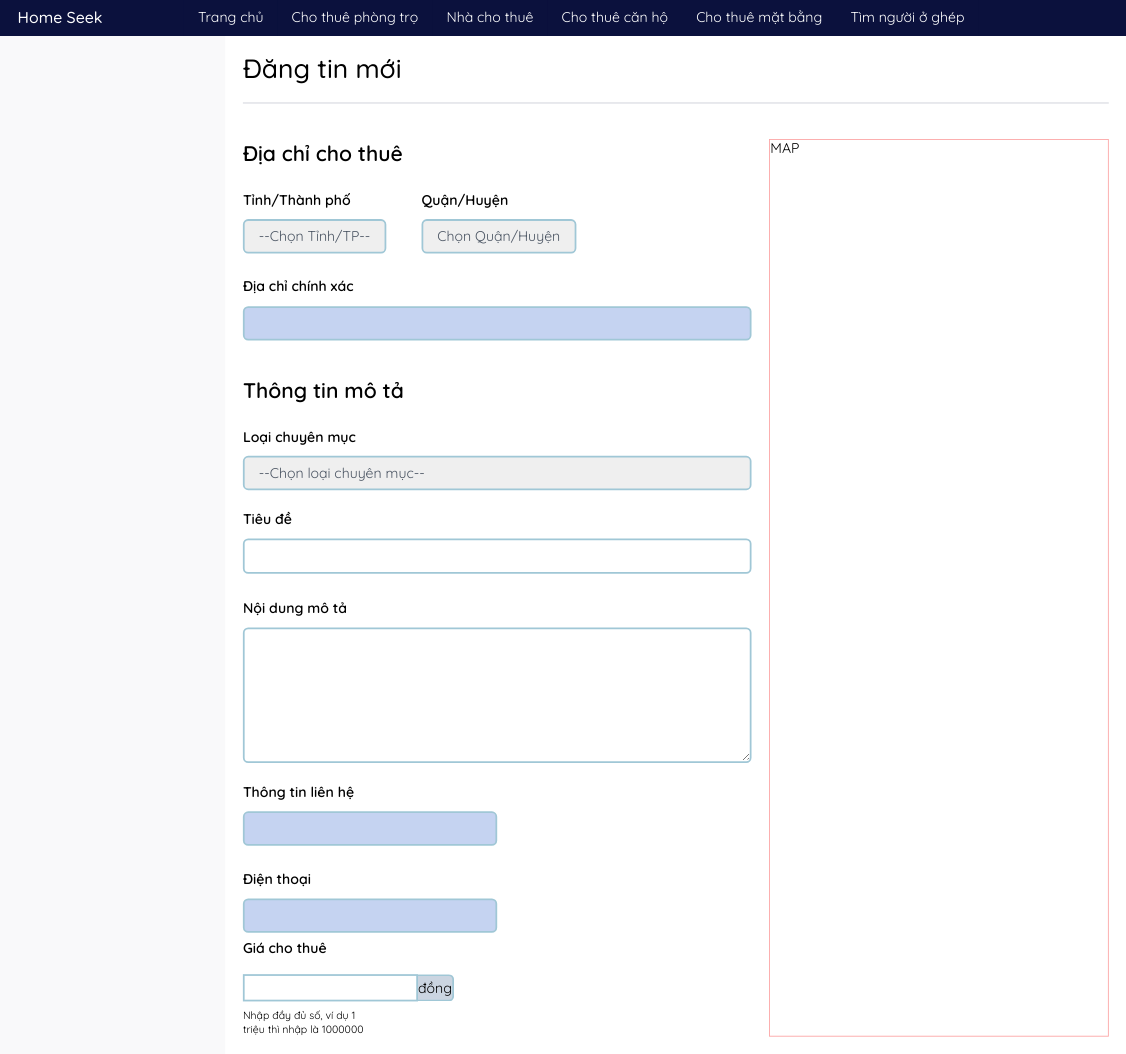
Repository: ajincome26/homeseek
Page: /create (app in client/)
These files come from the project's save history. The page is drawn as it stood at one moment and after the next save; the edit follows.
The browser window is 1280 px wide. The pictures show the whole page, at 88% of full size.
The page's requests for data from a server got no answer. The project was rebuilt for these pictures with package versions that can differ from the ones it lists, and the page was loaded fresh each time. Some packages were replaced by stand-ins written for this rebuild. No one was signed in, and anything a server would have sent is missing. Also part of the build but not shown: client/vite.config.ts, client/src/components/Footer/Footer.tsx, client/src/components/Button/Button.tsx, client/src/components/Button/index.ts, client/src/utils/utils.tsx, client/src/components/MainHeader/components/User.tsx, client/src/components/Popover/Popover.tsx, client/src/components/Popover/index.ts and 15 more.

Above is the page before, as saved 2024-01-11 04:38:02.

### client/index.html
<!doctype html>
<html lang="en">
  <head>
    <meta charset="UTF-8" />
    <link rel="icon" type="image/svg+xml" href="/vite.svg" />
    <meta name="viewport" content="width=device-width, initial-scale=1.0" />
    <title>Home Seek</title>
    <link rel="preconnect" href="https://fonts.googleapis.com" />
    <link rel="preconnect" href="https://fonts.gstatic.com" crossorigin />
    <link
      href="https://fonts.googleapis.com/css2?family=Quicksand:wght@300;400;500;600;700&display=swap"
      rel="stylesheet"
    />
  </head>
  <body>
    <div id="root"></div>
    <script type="module" src="/src/main.tsx"></script>
  </body>
</html>

### client/src/main.tsx
import ReactDOM from 'react-dom/client'
import App from './App'
import './styles/index.scss'
import { BrowserRouter } from 'react-router-dom'
import { QueryClient, QueryClientProvider } from '@tanstack/react-query'
import { ReactQueryDevtools } from '@tanstack/react-query-devtools'
import { AuthProvider } from './contexts/auth.context'
import { ErrorBoundary } from './components/ErrorBoundary'

// Create a client
const queryClient = new QueryClient({
  defaultOptions: {
    queries: {
      refetchOnWindowFocus: false // disable việc fetch lại api khi focus tab window
    }
  }
})

ReactDOM.createRoot(document.getElementById('root')!).render(
  <BrowserRouter>
    <QueryClientProvider client={queryClient}>
      <AuthProvider>
        <ErrorBoundary>
          <App />
        </ErrorBoundary>
      </AuthProvider>
      <ReactQueryDevtools initialIsOpen={false} />
    </QueryClientProvider>
  </BrowserRouter>
)

### client/src/App.tsx
import { useEffect } from 'react'
import { useAuth } from './contexts/auth.context'
import useRoute from './useRoute'
import { LocalStorageEventTarget } from './utils/auth'
import { ToastContainer } from 'react-toastify'
import 'react-toastify/dist/ReactToastify.css'

function App() {
  const routeElements = useRoute()
  const { resetAuth } = useAuth()
  useEffect(() => {
    LocalStorageEventTarget.addEventListener('clearLS', () => {
      resetAuth()
    })
    return () => {
      LocalStorageEventTarget.removeEventListener('clearLS', () => {
        resetAuth()
      })
    }
  }, [resetAuth])
  return (
    <div className='bg-third'>
      <ToastContainer />
      <div>{routeElements}</div>
    </div>
  )
}

export default App

### client/src/styles/index.scss
@tailwind base;
@tailwind components;
@tailwind utilities;

@import 'reset';

body {
  font-family: 'Quicksand', sans-serif;
  font-size: 16px;
  line-height: 1.2;
}

select {
  -webkit-appearance: none;
  -moz-appearance: none;
  appearance: none;
}

::-webkit-scrollbar {
  width: 10px;
}
::-webkit-scrollbar-track {
  background-color: #fafafa;
}
::-webkit-scrollbar-thumb {
  background-color: #ccd0d7;
  border-radius: 50px;
}

/* Chrome, Safari, Edge, Opera */
input::-webkit-outer-spin-button,
input::-webkit-inner-spin-button {
  -webkit-appearance: none;
  margin: 0;
}
/* Firefox */
input[type='number'] {
  appearance: textfield;
}

.cr-truncate-1 {
  overflow: hidden;
  display: -webkit-box;
  -webkit-box-orient: vertical;
  -webkit-line-clamp: 1;
  text-overflow: ellipsis;
  word-break: break-word;
}

// class tailwind-sort
.cr-transition {
  @apply transition-all ease-linear duration-200;
}
.cr-hover-text {
  @apply hover:text-[#977616] transition-colors ease-linear duration-200 cursor-pointer;
}
.cr-input-text {
  @apply px-3 py-2 border-[2px] border-[#a0c7d6] outline-none rounded-md focus:border-[#4b5fc2] cr-transition box-border w-full;
}

### client/src/contexts/auth.context.tsx
import React, { createContext, useContext, useState } from 'react'
import { User } from '~/types/user.type'
import { getAccessToken, getUserInfoFromStorage } from '~/utils/auth'

interface AuthProviderType {
  isLoggedIn: boolean
  setIsLoggedIn: React.Dispatch<React.SetStateAction<boolean>>
  userInfo: User | null
  setUserInfo: React.Dispatch<React.SetStateAction<User | null>>
  resetAuth: () => void
}
const initialContext: AuthProviderType = {
  isLoggedIn: Boolean(getAccessToken()),
  setIsLoggedIn: () => null,
  userInfo: getUserInfoFromStorage(),
  setUserInfo: () => null,
  resetAuth: () => null
}

const AuthContext = createContext<AuthProviderType>(initialContext)
const useAuth = () => {
  const context = useContext(AuthContext)
  if (typeof context === 'undefined') throw new Error('useAuth must be used within a AuthContext')
  return context
}
const AuthProvider = ({ children }: { children: React.ReactNode }) => {
  const [isLoggedIn, setIsLoggedIn] = useState(initialContext.isLoggedIn)
  const [userInfo, setUserInfo] = useState(initialContext.userInfo)
  const resetAuth = () => {
    setIsLoggedIn(false)
    setUserInfo(null)
  }
  return (
    <AuthContext.Provider value={{ isLoggedIn, setIsLoggedIn, userInfo, setUserInfo, resetAuth }}>
      {children}
    </AuthContext.Provider>
  )
}

// eslint-disable-next-line react-refresh/only-export-components
export { useAuth, AuthProvider }

### client/src/components/ErrorBoundary/index.ts
export { default as ErrorBoundary } from './ErrorBoundary'

### client/src/useRoute.tsx
import { useRoutes } from 'react-router-dom'
import { path } from './constants/path'
import { MainLayout } from './layouts/MainLayout'
import ManageLayout from './layouts/ManageLayout/ManageLayout'
import { CreatePost } from './pages/CreatePostPage'
import { HomePage } from './pages/HomePage'
import { LoginPage } from './pages/LoginPage'
import { RegisterPage } from './pages/RegisterPage'

const { HOME, LOGIN, REGISTER, OAUTH, CREATE } = path

const useRoute = () => {
  return useRoutes([
    {
      path: LOGIN,
      element: <LoginPage />
    },
    {
      path: REGISTER,
      element: <RegisterPage />
    },
    {
      path: OAUTH,
      element: <LoginPage />
    },
    {
      path: OAUTH,
      element: <RegisterPage />
    },
    // Authen không ảnh hưởng
    {
      element: <ManageLayout />,
      children: [
        {
          index: true,
          path: CREATE,
          element: <CreatePost />
        }
      ]
    },
    {
      element: <MainLayout />,
      children: [
        {
          index: true,
          path: HOME,
          element: <HomePage />
        }
      ]
    }
  ])
}

export default useRoute

### client/src/utils/auth.ts
import { User } from '~/types/user.type'

export const LocalStorageEventTarget = new EventTarget()

export const getAccessToken = () => localStorage.getItem('accessToken') || ''
export const getRefreshToken = () => localStorage.getItem('refreshToken') || ''
export const setAccessToken = (accessToken: string) => localStorage.setItem('accessToken', accessToken)
export const setRefreshToken = (refreshToken: string) => localStorage.setItem('refreshToken', refreshToken)
export const getUserInfoFromStorage = () => {
  const info = localStorage.getItem('userInfo')
  return info ? JSON.parse(info) : null
}
export const setUserInfoToStorage = (userInfo: User) => localStorage.setItem('userInfo', JSON.stringify(userInfo))

export const clearLocalStorage = () => {
  localStorage.removeItem('accessToken')
  localStorage.removeItem('refreshToken')
  localStorage.removeItem('userInfo')
  const clearLSEvent = new Event('clearLS')
  LocalStorageEventTarget.dispatchEvent(clearLSEvent)
}

### client/src/styles/_reset.scss
*,
*::before,
*::after {
  box-sizing: border-box;
}
* {
  margin: 0;
  padding: 0;
}

html,
body {
  height: 100%;
}
body {
  line-height: 1.5;
  -webkit-font-smoothing: antialiased;
  -webkit-tap-highlight-color: rgba(0, 0, 0, 0);
}
a {
  text-decoration: none;
  color: inherit;
}
img,
picture,
video,
canvas,
svg {
  display: block;
  // max-width: 100%;
}
input,
button,
textarea,
select {
  font: inherit;
  outline: none;
}
option:checked {
  background-color: #0891b2;
  color: white;
  font-style: italic;
}
p,
h1,
h2,
h3,
h4,
h5,
h6 {
  overflow-wrap: break-word;
}

### client/src/constants/path.ts
export const path = {
  HOME: '/',
  LOGIN: '/login',
  OAUTH: '/login/oauth',
  REGISTER: '/register',
  LOGOUT: '/logout',

  ROOM_FOR_RENT: '/room-for-rent',
  HOUSE_FOR_RENT: '/house-for-rent',
  APARTMENT_FOR_RENT: '/apartment-for-rent',
  GROUND_FOR_RENT: '/ground-for-rent',
  FIND_A_ROOMATE: '/find-a-roomate',

  CREATE: '/create',
  MANAGE: '/manage',
  PROFILE: '/user/profile',
  CHANGE_PASSWORD: '/user/change-password',

  CONTACT: '/contact',

  NOT_FOUND: '*'
}

### client/src/layouts/MainLayout/index.ts
export { default as MainLayout } from './MainLayout'

### client/src/layouts/ManageLayout/ManageLayout.tsx
import { Outlet } from 'react-router-dom'
import { Sidebar } from '~/components/Sidebar'
import { SubHeader } from '~/components/SubHeader'

const ManageLayout = () => {
  return (
    <>
      <SubHeader />
      <div className='pt-[40px] flex'>
        <div className='min-h-[calc(100vh-40px)] basis-1/5'>
          <Sidebar />
        </div>
        <div className='bg-white basis-4/5'>
          <Outlet />
        </div>
      </div>
    </>
  )
}

export default ManageLayout

### client/src/pages/CreatePostPage/index.ts
export { default as CreatePost } from './CreatePost'

### client/src/pages/HomePage/index.ts
export { default as HomePage } from './HomePage'

### client/src/pages/LoginPage/index.ts
export { default as LoginPage } from './LoginPage'

### client/src/pages/RegisterPage/index.ts
export { default as RegisterPage } from './RegisterPage'

### client/src/components/Sidebar/index.ts
export { default as Sidebar } from './Sidebar'

### client/src/components/SubHeader/index.ts
export { default as SubHeader } from './SubHeader'

### client/src/pages/CreatePostPage/CreatePost.tsx
import { yupResolver } from '@hookform/resolvers/yup'
import { useForm } from 'react-hook-form'
import { postSchema, PostSchema } from '~/utils/schema'
import Address from './components/Address'
import Overview from './components/Overview'

export type FormPost = PostSchema

const CreatePost = () => {
  const { handleSubmit } = useForm<FormPost>({
    resolver: yupResolver(postSchema)
  })
  const handleCreatePost = (data: FormPost) => {}
  return (
    <div className='p-5 text-black'>
      <h2 className='w-full pb-5 text-3xl font-medium border-b-2'>Đăng tin mới</h2>
      <div className='flex gap-5 mt-10'>
        <form onSubmit={handleSubmit(handleCreatePost)} className='flex flex-col gap-10 basis-[60%]'>
          <Address />
          <Overview />
        </form>
        <div className='border border-red-300 map basis-[40%]'>MAP</div>
      </div>
    </div>
  )
}

export default CreatePost

### client/src/components/SubHeader/SubHeader.tsx
import { Link } from 'react-router-dom'
import { SubNavigation } from '../SubNavigation'

const SubHeader = () => {
  return (
    <div className='fixed w-full h-[40px] bg-primary text-white flex items-center gap-12 px-5'>
      <Link to={'/'} className='text-lg font-medium cursor-pointer hover:text-sixth cr-transition'>
        Home Seek
      </Link>
      <div className='w-[80%]'>
        <SubNavigation />
      </div>
    </div>
  )
}

export default SubHeader

### client/src/components/Field/index.ts
export { default as Field } from './Field'

### client/src/components/Input/index.ts
export { default as Input } from './Input'
export { default as InputPassword } from './InputPassword'
export { default as InputSearch } from './InputSearch'
export { default as InputNumber } from './InputNumber'
export { default as InputFile } from './InputFile'
export { default as InputReadOnly } from './InputReadOnly'

### client/src/components/Label/index.ts
export { default as Label } from './Label'

### client/src/utils/icons.ts
import { BiSolidShoppingBags, BiLogoFacebookCircle, BiPlus } from 'react-icons/bi'
import {
  AiFillInstagram,
  AiFillTwitterCircle,
  AiOutlineEye,
  AiOutlineEyeInvisible,
  AiOutlineShoppingCart,
  AiFillStar,
  AiOutlineStar,
  AiFillCaretRight,
  AiOutlineQuestionCircle,
  AiFillHeart,
  AiOutlineHeart,
  AiOutlinePlusCircle
} from 'react-icons/ai'
import { TbWorld, TbUserCircle, TbBrandMessenger } from 'react-icons/tb'
import { PiCaretDownBold, PiCaretUpBold, PiCaretLeftBold, PiCaretRightBold } from 'react-icons/pi'
import { HiOutlineSearch, HiOutlineLogout } from 'react-icons/hi'
import { BsListUl, BsThreeDots, BsShieldLock, BsPencilSquare } from 'react-icons/bs'
import { LiaFilterSolid } from 'react-icons/lia'
import { RiSubtractLine, RiTodoLine } from 'react-icons/ri'
import { FaCartPlus } from 'react-icons/fa'
import { CiEdit } from 'react-icons/ci'
import { FaRegUser, FaUserEdit } from 'react-icons/fa'
import { SiSensu } from 'react-icons/si'
import { FcGoogle } from 'react-icons/fc'
import { MdOutlineDashboard, MdOutlineLibraryBooks } from 'react-icons/md'

export default {
  AiFillInstagram,
  AiFillTwitterCircle,
  AiOutlineEye,
  AiOutlineEyeInvisible,
  AiOutlineShoppingCart,
  AiFillStar,
  AiOutlineStar,
  AiFillCaretRight,
  AiOutlineQuestionCircle,
  AiFillHeart,
  AiOutlineHeart,
  AiOutlinePlusCircle,
  BiSolidShoppingBags,
  BiLogoFacebookCircle,
  PiCaretDownBold,
  PiCaretUpBold,
  PiCaretLeftBold,
  PiCaretRightBold,
  TbWorld,
  TbUserCircle,
  TbBrandMessenger,
  HiOutlineSearch,
  HiOutlineLogout,
  BsListUl,
  BsThreeDots,
  BsShieldLock,
  BsPencilSquare,
  LiaFilterSolid,
  BiPlus,
  RiSubtractLine,
  RiTodoLine,
  FaCartPlus,
  FaUserEdit,
  CiEdit,
  FaRegUser,
  SiSensu,
  FcGoogle,
  MdOutlineDashboard,
  MdOutlineLibraryBooks
}

### client/src/constants/data.tsx
import { path } from './path'
import icons from '~/utils/icons'
import { CategoryType } from '~/types/category.type'

const { BsPencilSquare, MdOutlineLibraryBooks, TbUserCircle, FaUserEdit, TbBrandMessenger } = icons

const {
  ROOM_FOR_RENT,
  HOUSE_FOR_RENT,
  APARTMENT_FOR_RENT,
  GROUND_FOR_RENT,
  FIND_A_ROOMATE,
  CREATE,
  MANAGE,
  PROFILE,
  CONTACT
} = path

export const categories = [
  { id: 1, name: 'Cho thuê phòng trọ', path: ROOM_FOR_RENT },
  { id: 2, name: 'Nhà cho thuê', path: HOUSE_FOR_RENT },
  { id: 3, name: 'Cho thuê căn hộ', path: APARTMENT_FOR_RENT },
  { id: 4, name: 'Cho thuê mặt bằng', path: GROUND_FOR_RENT },
  { id: 5, name: 'Tìm người ở ghép', path: FIND_A_ROOMATE }
] as CategoryType[]

export const dataManage = [
  {
    id: 1,
    text: 'Đăng tin cho thuê',
    path: CREATE,
    icon: <BsPencilSquare />
  },
  {
    id: 2,
    text: 'Quản lý tin đăng',
    path: MANAGE,
    icon: <MdOutlineLibraryBooks />
  },
  {
    id: 3,
    text: 'Thông tin tài khoản',
    path: PROFILE,
    icon: <TbUserCircle />
  }
]

export const dataSidebar = [
  {
    id: 1,
    text: 'Đăng tin cho thuê',
    path: CREATE,
    icon: <BsPencilSquare />
  },
  {
    id: 2,
    text: 'Quản lý tin đăng',
    path: MANAGE,
    icon: <MdOutlineLibraryBooks />
  },
  {
    id: 3,
    text: 'Sửa thông tin cá nhân',
    path: PROFILE,
    icon: <FaUserEdit />
  },
  {
    id: 4,
    text: 'Liên hệ',
    path: CONTACT,
    icon: <TbBrandMessenger />
  }
]

### client/src/components/SubNavigation/index.ts
export { default as SubNavigation } from './SubNavigation'

### client/src/apis/province.api.ts
import { Province } from '~/types/province.type'
import { apiGetPublicProvinces } from '~/utils/utils'

const provinceApi = {
  getProvinces: () => apiGetPublicProvinces.get<Province[]>('/')
}

export default provinceApi

### client/src/components/Select/index.ts
export { default as Select } from './Select'

### client/src/components/Field/Field.tsx
interface Props {
  children: JSX.Element | JSX.Element[]
}

const Field = ({ children }: Props) => {
  return <div className='flex flex-col items-start'>{children}</div>
}

export default Field

### client/src/components/Input/Input.tsx
import { InputHTMLAttributes } from 'react'
import type { FieldValues, FieldPath, UseFormRegister } from 'react-hook-form'

export interface InputProps<TFieldValues extends FieldValues> extends InputHTMLAttributes<HTMLInputElement> {
  name: FieldPath<TFieldValues>
  errorMessage?: string
  register: UseFormRegister<TFieldValues>
  isHover?: boolean
}

const Input = <TFieldValues extends FieldValues = FieldValues>({
  className,
  type,
  name,
  children,
  errorMessage,
  register,
  isHover,
  ...props
}: InputProps<TFieldValues>) => {
  return (
    <div className='relative w-full'>
      <input
        id={name}
        type={type || 'text'}
        {...register(name)}
        {...props}
        className={`mb-[6px] border rounded-lg py-3 bg-grayField transition w-full focus:bg-white ${
          children ? 'pl-4 pr-10' : 'px-4'
        } ${isHover ? 'hover:border-primary focus:border-primary' : ''} ${className}`}
        autoComplete='on'
      />
      <span className='absolute top-1/2 right-3 translate-y-[-110%] cursor-pointer text-grayDark'>{children}</span>
      {errorMessage && <div className='text-sm text-red-500 min-h-[1rem] leading-4'>{errorMessage}</div>}
    </div>
  )
}

export default Input

### client/src/components/Input/InputNumber.tsx
import { forwardRef, InputHTMLAttributes, useState } from 'react'

export interface InputNumberProps extends InputHTMLAttributes<HTMLInputElement> {
  unit?: string
}

const InputNumber = forwardRef<HTMLInputElement, InputNumberProps>(function InputNumberInner(
  { className, onChange, value = '', unit, ...rest },
  ref
) {
  const [localValue, setLocalValue] = useState<string>(value as string)
  const handleChange = (e: React.ChangeEvent<HTMLInputElement>) => {
    const { value } = e.target
    if (/^\d+$/.test(value) || value === '') {
      // thực thi onChange callback từ bên ngoài truyền vào props
      onChange && onChange(e)
      // cập nhật localValue state
      setLocalValue(value)
    }
  }

  return (
    <div className='w-1/2'>
      <div className='flex mt-2'>
        <input
          value={value || localValue}
          className={`px-3 py-1 border-[2px] border-[#a0c7d6] outline-none focus:border-[#4b5fc2] cr-transition box-border flex-1 ${className}`}
          autoComplete='on'
          onChange={handleChange}
          ref={ref}
          {...rest}
        />
        {unit && (
          <span className='min-h-full w-[50px] bg-slate-300 flex items-center justify-center rounded-tr-md rounded-br-md border-[2px] border-l-0 border-[#a0c7d6]'>
            {unit}
          </span>
        )}
      </div>
      {unit === 'đồng' && <p className='mt-2 text-xs'>Nhập đầy đủ số, ví dụ 1 triệu thì nhập là 1000000</p>}
    </div>
  )
})

export default InputNumber

### client/src/components/Input/InputReadOnly.tsx
import { InputHTMLAttributes } from 'react'

export interface InputProps extends InputHTMLAttributes<HTMLInputElement> {
  id: string
  data: string
}

const InputReadOnly = ({ id, data, className }: InputProps) => {
  return (
    <div className='w-full'>
      <input type='text' id={id} value={data || ''} className={`cr-input-text bg-[#c5d3f1] ${className}`} readOnly />
    </div>
  )
}

export default InputReadOnly

### client/src/components/Label/Label.tsx
interface Props {
  htmlFor: string
  children: string
  textColor?: string
}

const Label = ({ htmlFor, children, textColor }: Props) => {
  return (
    <label className={`${textColor || 'text-white'} mt-2 mb-3 font-semibold cursor-pointer`} htmlFor={htmlFor}>
      {children}
    </label>
  )
}

export default Label

### client/src/components/SubNavigation/SubNavigation.tsx
import { NavLink } from 'react-router-dom'
import { categories } from '~/constants/data'

const notActive = 'hover:bg-secondary px-4 h-full flex items-center bg-primary transition-all ease-linear duration-300'
const active = 'hover:bg-secondary px-4 h-full flex items-center bg-secondary'
const SubNavigation = () => {
  return (
    <div className='w-full h-[40px] flex justify-center items-center'>
      <div className='flex items-center h-full'>
        <NavLink to={'/'} className={({ isActive }) => (isActive ? active : notActive)}>
          Trang chủ
        </NavLink>
        {categories?.length > 0 &&
          categories.map((item, index) => {
            return (
              <div key={index} className='h-full'>
                <NavLink to={item.path} className={({ isActive }) => (isActive ? active : notActive)}>
                  {item.name}
                </NavLink>
              </div>
            )
          })}
      </div>
    </div>
  )
}

export default SubNavigation

### client/src/components/Select/Select.tsx
import classNames from 'classnames'
import { InputHTMLAttributes } from 'react'
import { CategoryType } from '~/types/category.type'
import { District, Province } from '~/types/province.type'

export interface SelectProps extends InputHTMLAttributes<HTMLInputElement> {
  type: string
  provinces?: Province[]
  districts?: District[]
  categories?: []
  value: string
  setValue: React.Dispatch<React.SetStateAction<string>>
  optionTitle: string
}

const Select = ({ type, provinces, districts, categories, value, setValue, optionTitle }: SelectProps) => {
  return (
    <div className={`flex flex-col gap-2 ${type === 'category' ? 'w-full' : 'basis-[30%]'}`}>
      <select
        className={classNames(
          'px-4 py-2 text-gray-600 border-[2px] border-[#a0c7d6] rounded-md outline-none cursor-pointer hover:border-[#4b5fc2] cr-transition'
        )}
        value={value}
        onChange={(e) => setValue(e.target.value)} // value của select là value của option (ở đây là province_id)
      >
        <option value=''>{optionTitle}</option>
        {type === 'province'
          ? provinces?.map((item) => (
              <option key={item.province_id} value={item.province_id} className='bg-white text-primary'>
                {item.province_name}
              </option>
            ))
          : type === 'district'
            ? districts?.map((item) => (
                <option key={item.district_id} value={item.district_id} className='bg-white text-primary'>
                  {item.district_name}
                </option>
              ))
            : categories?.map((item: CategoryType) => (
                <option key={item.id} value={item.name} className='bg-white text-primary'>
                  {item.name}
                </option>
              ))}
      </select>
    </div>
  )
}

export default Select

Loaded but not shown: client/tailwind.config.js (37 lines, source omitted); client/src/utils/schema.ts (64 lines, source omitted); client/src/pages/CreatePostPage/components/Address.tsx (82 lines, source omitted); client/src/pages/CreatePostPage/components/Overview.tsx (83 lines, source omitted)

After the next save:
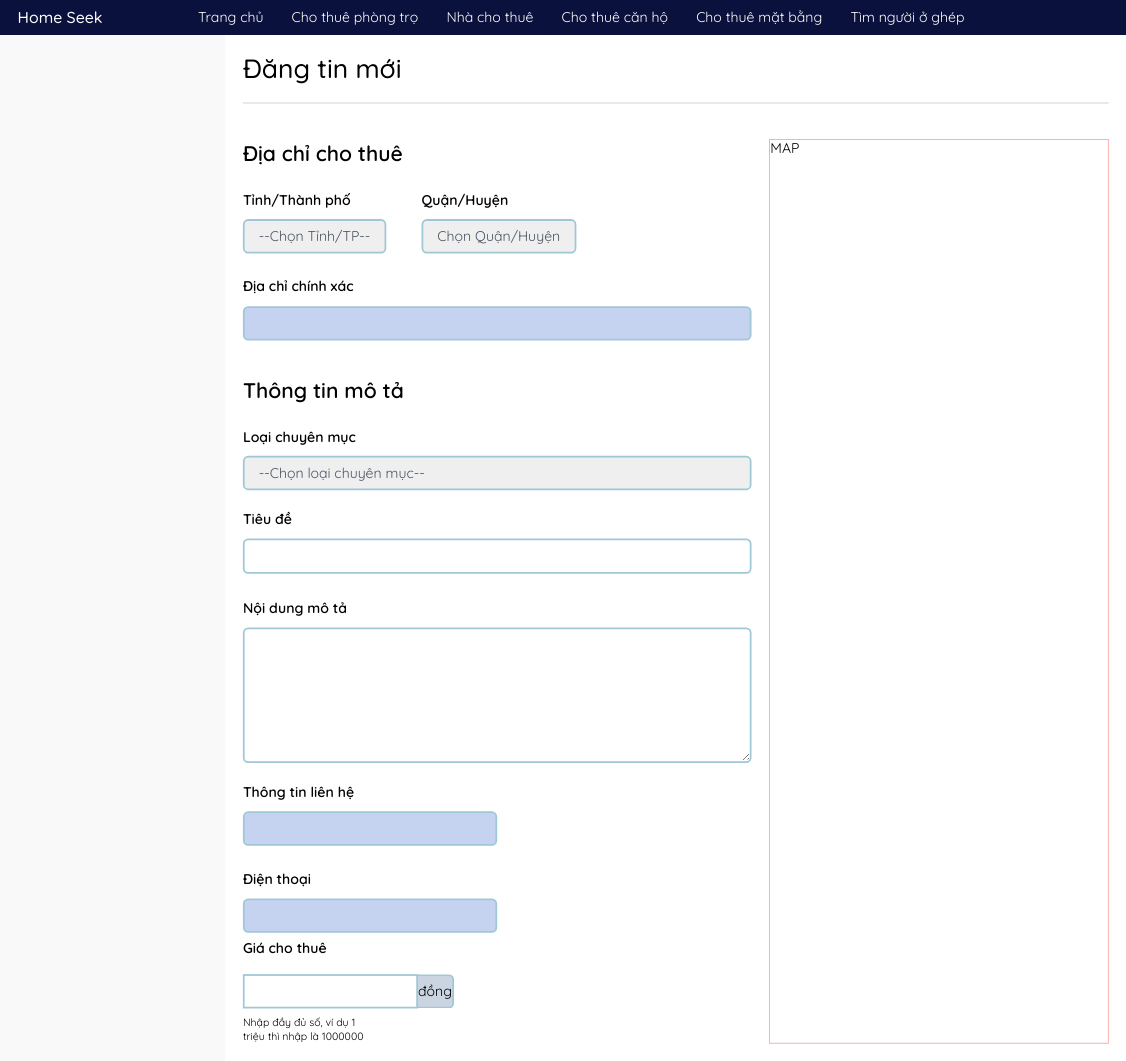
Saved 73 s later.
--- a/client/src/components/Input/InputNumber.tsx
+++ b/client/src/components/Input/InputNumber.tsx
@@ -24,7 +24,7 @@ const InputNumber = forwardRef<HTMLInputElement, InputNumberProps>(function Inpu
       <div className='flex mt-2'>
         <input
           value={value || localValue}
-          className={`px-3 py-1 border-[2px] border-[#a0c7d6] outline-none focus:border-[#4b5fc2] cr-transition box-border flex-1 ${className}`}
+          className={`px-3 py-2 border-[2px] border-[#a0c7d6] outline-none focus:border-[#4b5fc2] cr-transition box-border flex-1 ${className}`}
           autoComplete='on'
           onChange={handleChange}
           ref={ref}
